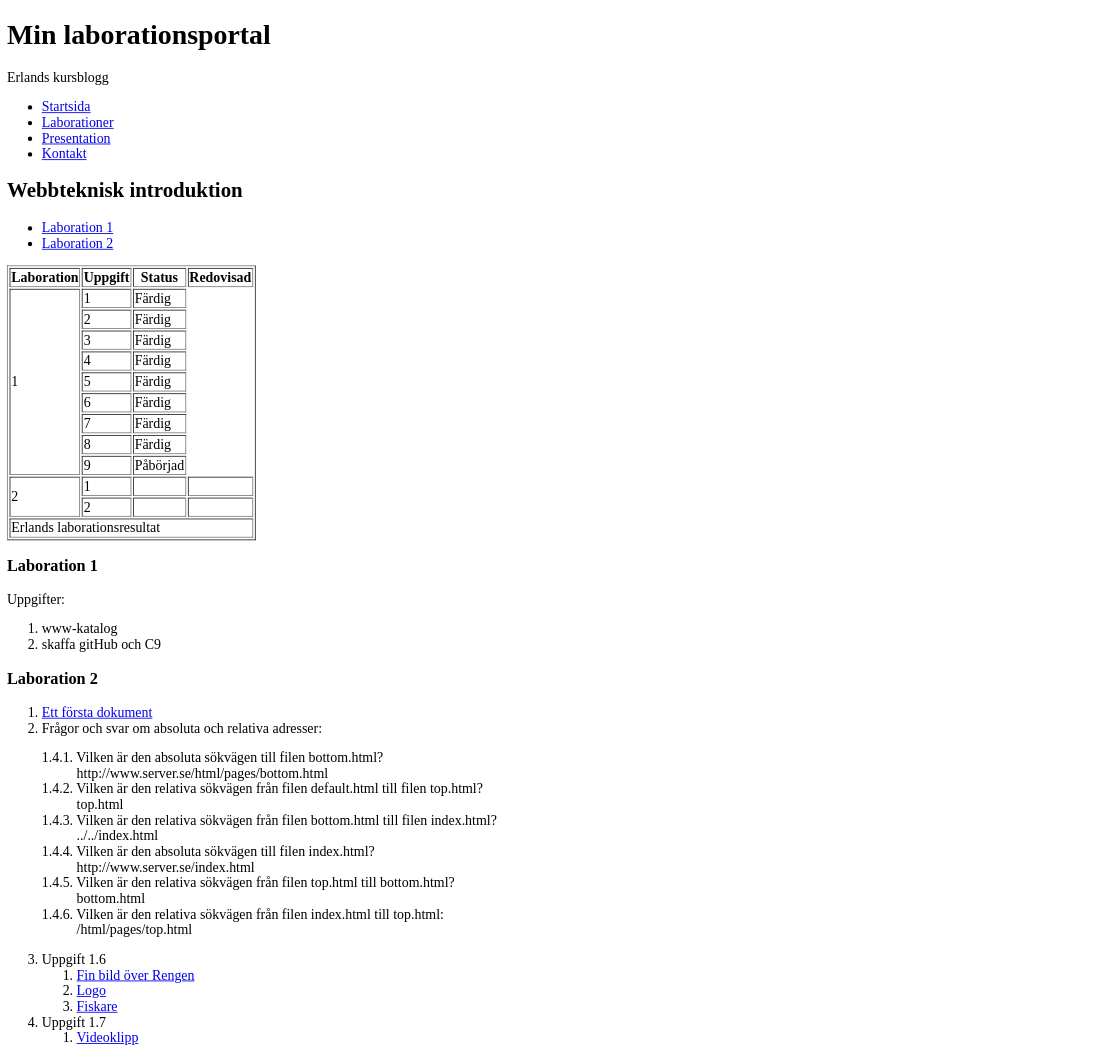
Repository: ej222ru/1IK415-laborationer
Page: pages/laborationer.html
The author's editor kept a record of every edit. The page is drawn from the files as they stood at one moment, then again after the next edit.
The browser window is 1280 px wide. The pictures show the whole page, at 87% of full size.

Above is the page before.

### pages/laborationer.html
<!doctype html>
<html lang="sv">
    <head>
        <meta charset="utf-8" />
        <title>Erlands kursblogg</title>
    </head>
    <body>
    <h1>Min laborationsportal</h1>

    <p>Erlands kursblogg</p>
        <ul>
            <li><a href="../index.html">Startsida</a></li>
            <li><a href="laborationer.html">Laborationer</a></li>
            <li><a href="presentation.html">Presentation</a></li>
            <li><a href="kontakt.html">Kontakt</a></li>
        </ul>
        <h2>Webbteknisk introduktion</h2>
        <ul>
            <li><a href="#Laboration1">Laboration 1</a></li>
            <li><a href="#Laboration2">Laboration 2</a></li>
        </ul>
        <table border=1>
            <thead>
                <tr>
                   <th>Laboration</th>
                   <th>Uppgift</th>
                   <th>Status</th>
                   <th>Redovisad</th>
                </tr>
            </thead>
            <tfoot>
                <tr>
                    <td colspan=4>Erlands laborationsresultat</td>
                </tr>
            </tfoot>
            <tbody>
                <tr>
                    <td rowspan=9>1</td>
                    <td>1</td>
                    <td>Färdig</td>
                </tr>
                <tr>
                    <td>2</td>
                    <td>Färdig</td>
                </tr>
                <tr>
                    <td>3</td>
                    <td>Färdig</td>
                </tr>
                <tr>
                    <td>4</td>
                    <td>Färdig</td>
                </tr>
                <tr>
                    <td>5</td>
                    <td>Färdig</td>
                </tr>
                <tr>
                    <td>6</td>
                    <td>Färdig</td>
                </tr>
                <tr>
                    <td>7</td>
                    <td>Färdig</td>
                </tr>
                <tr>
                    <td>8</td>
                    <td>Färdig</td>
                </tr>
                <tr>
                    <td>9</td>
                    <td>Påbörjad</td>
                </tr>
                <tr>
                    <td rowspan=2>2</td></td>
                    <td>1</td>
                    <td></td>
                    <td></td>
                </tr>
                <tr>
                    <td>2</td>
                    <td></td>
                    <td></td>
                </tr>
            </tbody>

        </table>
        <h3>Laboration 1 <a id="Laboration1"></a></h3>
        <p>Uppgifter:</p>
        <ol>
            <li>www-katalog</li>
            <li>skaffa gitHub och C9</li>
        </ol>
        <h3>Laboration 2 <a id="Laboration2"></a></h3>
        <ol>
            <li><a href="presentation.html">Ett första dokument</a></li>
            <li>Frågor och svar om absoluta och relativa adresser:
                <dl>
                <dt>1.4.1. Vilken är den absoluta sökvägen till filen bottom.html? </dt>
                <dd>http://www.server.se/html/pages/bottom.html</dd>
                <dt>1.4.2. Vilken är den relativa sökvägen från filen default.html till filen top.html? </dt>
                <dd>top.html</dd>
                <dt>1.4.3. Vilken är den relativa sökvägen från filen bottom.html till filen index.html? </dt>
                <dd>../../index.html</dd>
                <dt>1.4.4. Vilken är den absoluta sökvägen till filen index.html? </dt>
                <dd>http://www.server.se/index.html</dd>
                <dt>1.4.5. Vilken är den relativa sökvägen från filen top.html till bottom.html? </dt>
                <dd>bottom.html</dd>
                <dt>1.4.6. Vilken är den relativa sökvägen från filen index.html till top.html:</dt>
                <dd>/html/pages/top.html</dd>
                </dl>
            </li>
            <li>Uppgift 1.6
                <ol>
                    <li><a href="presentation.html#BildRengen">Fin bild över Rengen</a></li>
                    <li><a href="../index.html#ErlandLogo">Logo</a></li>
                    <li><a href="../index.html#fiskare">Fiskare</a></li>
                </ol>
            </li>
            <li>Uppgift 1.7
                <ol>
                    <li><a href="../index.html#Videoklipp">Videoklipp</a></li>
                </ol>
            </li>
        </ol>

      </body>
</html>

After the next edit:
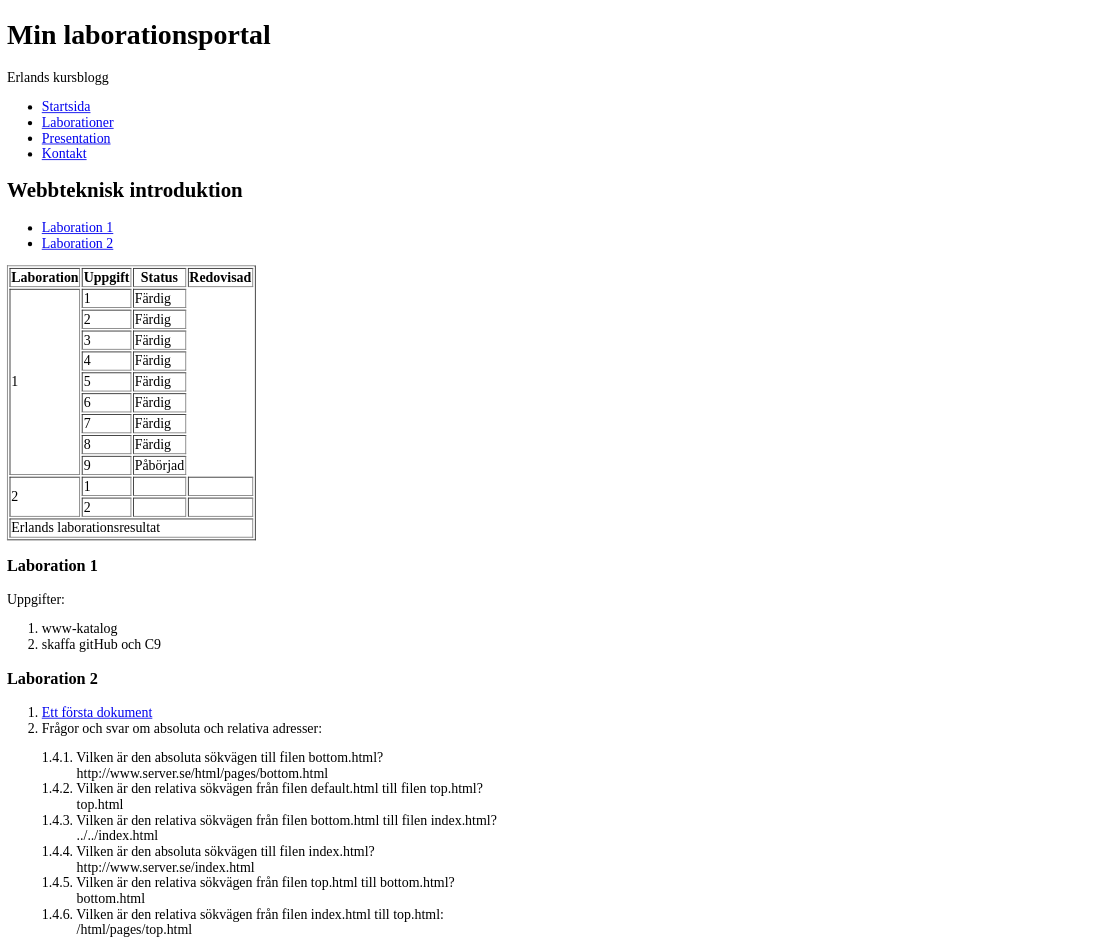
The edit:
--- a/pages/laborationer.html
+++ b/pages/laborationer.html
@@ -110,18 +110,6 @@
                 <dd>/html/pages/top.html</dd>
                 </dl>
             </li>
-            <li>Uppgift 1.6
-                <ol>
-                    <li><a href="presentation.html#BildRengen">Fin bild över Rengen</a></li>
-                    <li><a href="../index.html#ErlandLogo">Logo</a></li>
-                    <li><a href="../index.html#fiskare">Fiskare</a></li>
-                </ol>
-            </li>
-            <li>Uppgift 1.7
-                <ol>
-                    <li><a href="../index.html#Videoklipp">Videoklipp</a></li>
-                </ol>
-            </li>
         </ol>
 
       </body>
